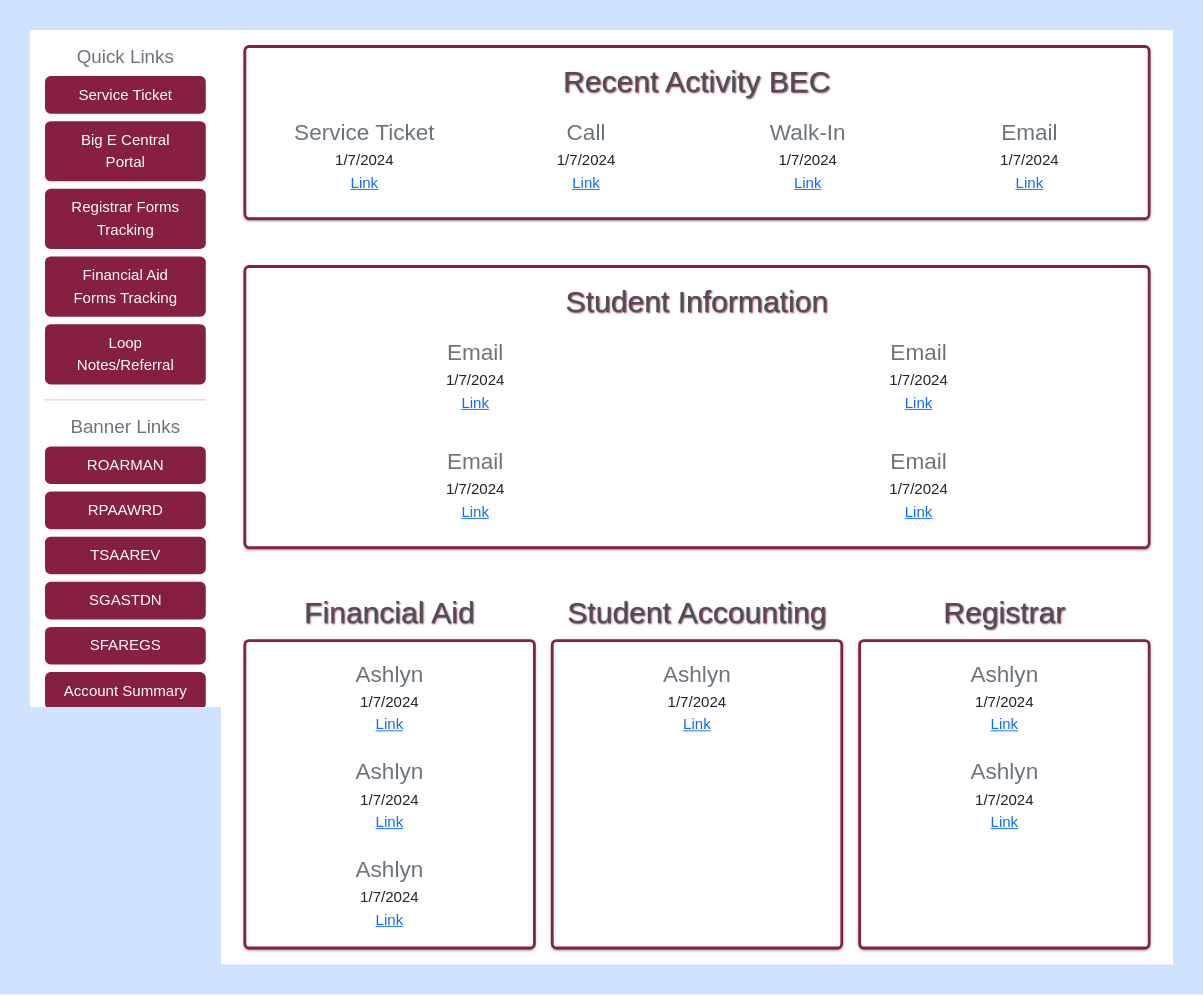
Repository: chancellor-w-whitaker/bec-tab
Page: /
The author's editor kept a copy of each file at every save. The page is drawn from the files as they stood at one save, then again after the next save.
The browser window is 1280 px wide. The pictures show the whole page, at 94% of full size.
Some web fonts or font styles are not loaded; a fallback is used. The project was rebuilt for these pictures with package versions that can differ from the ones it lists, and the page was loaded fresh each time. Also part of the build but not shown: vite.config.js.

Above is the page before, as saved 2024-01-07 22:38:36.

### src/main.jsx
// Bootstrap Bundle JS
import "bootstrap/dist/js/bootstrap.bundle.min";
// Bootstrap CSS
import "bootstrap/dist/css/bootstrap.min.css";
import ReactDOM from "react-dom/client";
import React from "react";

import App from "./App.jsx";
import "./index.css";

ReactDOM.createRoot(document.getElementById("root")).render(
  <React.StrictMode>
    <App />
  </React.StrictMode>
);

### src/App.jsx
import { useEffect } from "react";

import "./App.css";

// const genericSentences = [
//   `It is a long established fact that a reader will be distracted by the readable content of a page when looking at its layout.`,
//   `The point of using Lorem Ipsum is that it has a more-or-less normal distribution of letters, as opposed to using 'Content here, content here', making it look like readable English.`,
//   `Many desktop publishing packages and web page editors now use Lorem Ipsum as their default model text, and a search for 'lorem ipsum' will uncover many web sites still in their infancy.`,
//   `Various versions have evolved over the years, sometimes by accident, sometimes on purpose (injected humour and the like).`,
// ];

const ekuMaroon = "#861f41";

const ekuBorder = { border: `3px solid ${ekuMaroon}` };

const SomeBlock = ({
  href = "https://www.eku.edu/",
  linkText = "Link",
  date = "1/7/2024",
  title = "Ashlyn",
  className = "",
  padding = 2,
  style = {},
}) => {
  return (
    <div
      className={`p-${padding} text-center ${className}`}
      style={{ ...style }}
    >
      <div className="fs-4 text-secondary fw-medium">{title}</div>
      <div>
        <div>{date}</div>
        <a rel="noreferrer" target="_blank" href={href}>
          {linkText}
        </a>
      </div>
    </div>
  );
};

const ShadowyTitle = ({ children = "Placeholder", className = "" }) => {
  return (
    <div
      className={`fs-2 lh-sm text-light-emphasis ${className}`.trimEnd()}
      style={{ textShadow: `1px 1px 2px ${ekuMaroon}` }}
    >
      {children}
    </div>
  );
};

const useBodyBgVariant = (bgVariant = "body-tertiary") => {
  useEffect(() => {
    document.body.classList.add(`bg-${bgVariant}`);

    return () => {
      document.body.classList.remove(`bg-${bgVariant}`);
    };
  }, [bgVariant]);
};

const NavItem = ({ href = "https://www.eku.edu/", ...rest }) => {
  return (
    <li className="nav-item">
      <a
        style={{ backgroundColor: ekuMaroon }}
        className="nav-link active"
        aria-current="page"
        rel="noreferrer"
        target="_blank"
        href={href}
        {...rest}
      ></a>
    </li>
  );
};

const Sidebar = () => {
  return (
    <>
      <div className="sidebar-lg-sticky col-md-3 col-xl-2 p-3 bg-white overflow-auto text-break">
        <div className="d-flex flex-column text-center">
          <div className="fs-5 mb-2 lh-sm fw-medium text-secondary">
            Quick Links
          </div>
          <ul className="nav nav-pills flex-column gap-2">
            <NavItem>Service Ticket</NavItem>
            <NavItem>Big E Central Portal</NavItem>
            <NavItem>Registrar Forms Tracking</NavItem>
            <NavItem>Financial Aid Forms Tracking</NavItem>
            <NavItem>Loop Notes/Referral</NavItem>
          </ul>
        </div>
        <hr></hr>
        <div className="d-flex flex-column text-center">
          <div className="fs-5 mb-2 lh-sm fw-medium text-secondary">
            Banner Links
          </div>
          <ul className="nav nav-pills flex-column gap-2">
            <NavItem>ROARMAN</NavItem>
            <NavItem>RPAAWRD</NavItem>
            <NavItem>TSAAREV</NavItem>
            <NavItem>SGASTDN</NavItem>
            <NavItem>SFAREGS</NavItem>
            <NavItem>Account Summary</NavItem>
          </ul>
        </div>
      </div>
    </>
  );
};

const Main = () => {
  return (
    <>
      <div className="col-md-9 ms-sm-auto col-xl-10 px-md-4 py-3 bg-white">
        <div className="d-flex flex-column gap-5">
          <TopRow className="shadow-sm"></TopRow>
          <MiddleRow className="shadow-sm"></MiddleRow>
          <BottomRow></BottomRow>
        </div>
      </div>
    </>
  );
};

const TopRow = ({ className = "" }) => {
  return (
    <div
      className={`bg-white rounded text-center p-3 d-flex flex-column gap-2 ${className}`.trimEnd()}
      style={{ ...ekuBorder }}
    >
      <ShadowyTitle>Recent Activity BEC</ShadowyTitle>
      <div className="d-flex gap-3 flex-wrap text-nowrap">
        <SomeBlock
          title={"Service Ticket"}
          date={"1/7/2024"}
          className="col"
        ></SomeBlock>
        <SomeBlock date={"1/7/2024"} className="col" title={"Call"}></SomeBlock>
        <SomeBlock
          date={"1/7/2024"}
          title={"Walk-In"}
          className="col"
        ></SomeBlock>
        <SomeBlock
          date={"1/7/2024"}
          className="col"
          title={"Email"}
        ></SomeBlock>
      </div>
    </div>
  );
};

const MiddleRow = ({ className = "" }) => {
  return (
    <>
      <div
        className={`bg-white rounded text-center p-3 d-flex flex-column gap-2 ${className}`.trimEnd()}
        style={{ ...ekuBorder }}
      >
        <ShadowyTitle>Student Information</ShadowyTitle>
        <div className="d-flex gap-3 flex-wrap text-nowrap justify-content-around">
          <SomeBlock
            style={{ minWidth: 300 }}
            date={"1/7/2024"}
            className="col"
            title={"Email"}
          ></SomeBlock>
          <SomeBlock
            style={{ minWidth: 300 }}
            date={"1/7/2024"}
            className="col"
            title={"Email"}
          ></SomeBlock>
          <SomeBlock
            style={{ minWidth: 300 }}
            date={"1/7/2024"}
            className="col"
            title={"Email"}
          ></SomeBlock>
          <SomeBlock
            style={{ minWidth: 300 }}
            date={"1/7/2024"}
            className="col"
            title={"Email"}
          ></SomeBlock>
        </div>
      </div>
    </>
  );
};

const BottomRow = ({ className = "" }) => {
  return (
    <>
      <div className={`d-flex flex-row gap-3 flex-wrap ${className}`.trimEnd()}>
        <div className="d-flex flex-column gap-2 text-center col">
          <ShadowyTitle className="text-nowrap">Financial Aid</ShadowyTitle>
          <div
            className="h-100 p-2 rounded bg-white d-flex flex-column gap-1 shadow-sm"
            style={{ border: "3px solid rgb(134, 31, 65)" }}
          >
            <SomeBlock></SomeBlock>
            <SomeBlock></SomeBlock>
            <SomeBlock></SomeBlock>
          </div>
        </div>
        <div className="d-flex flex-column gap-2 text-center col">
          <ShadowyTitle className="text-nowrap">
            Student Accounting
          </ShadowyTitle>
          <div
            className="h-100 p-2 rounded bg-white d-flex flex-column gap-1 shadow-sm"
            style={{ border: "3px solid rgb(134, 31, 65)" }}
          >
            <SomeBlock></SomeBlock>
          </div>
        </div>
        <div className="d-flex flex-column gap-2 text-center col">
          <ShadowyTitle className="text-nowrap">Registrar</ShadowyTitle>
          <div
            className="h-100 p-2 rounded bg-white d-flex flex-column gap-1 shadow-sm"
            style={{ border: "3px solid rgb(134, 31, 65)" }}
          >
            <SomeBlock></SomeBlock>
            <SomeBlock></SomeBlock>
          </div>
        </div>
      </div>
    </>
  );
};

const App = () => {
  useBodyBgVariant("primary-subtle");

  return (
    <div className="container-fluid">
      <div className="row">
        <Sidebar></Sidebar>
        <Main></Main>
      </div>
    </div>
  );
};

export default App;

### src/index.css
@font-face {
  font-family: poppins;
  font-style: normal;
  font-weight: 400;
  src: local("Poppins"),
    url(https://fonts.cdnfonts.com/s/16009/Poppins-Regular.woff) format("woff");
}
@font-face {
  font-family: poppins;
  font-style: normal;
  font-weight: 400;
  src: local("Poppins"),
    url(https://fonts.cdnfonts.com/s/16009/Poppins-Regular.woff) format("woff");
}
@font-face {
  font-family: poppins;
  font-style: italic;
  font-weight: 400;
  src: local("Poppins"),
    url(https://fonts.cdnfonts.com/s/16009/Poppins-Italic.woff) format("woff");
}
@font-face {
  font-family: poppins;
  font-style: italic;
  font-weight: 400;
  src: local("Poppins"),
    url(https://fonts.cdnfonts.com/s/16009/Poppins-Italic.woff) format("woff");
}
@font-face {
  font-family: poppins;
  font-style: normal;
  font-weight: 250;
  src: local("Poppins"),
    url(https://fonts.cdnfonts.com/s/16009/Poppins-Thin.woff) format("woff");
}
@font-face {
  font-family: poppins;
  font-style: normal;
  font-weight: 250;
  src: local("Poppins"),
    url(https://fonts.cdnfonts.com/s/16009/Poppins-Thin.woff) format("woff");
}
@font-face {
  font-family: poppins;
  font-style: italic;
  font-weight: 250;
  src: local("Poppins"),
    url(https://fonts.cdnfonts.com/s/16009/Poppins-ThinItalic.woff)
      format("woff");
}
@font-face {
  font-family: poppins;
  font-style: italic;
  font-weight: 250;
  src: local("Poppins"),
    url(https://fonts.cdnfonts.com/s/16009/Poppins-ThinItalic.woff)
      format("woff");
}
@font-face {
  font-family: poppins;
  font-style: normal;
  font-weight: 275;
  src: local("Poppins"),
    url(https://fonts.cdnfonts.com/s/16009/Poppins-ExtraLight.woff)
      format("woff");
}
@font-face {
  font-family: poppins;
  font-style: normal;
  font-weight: 275;
  src: local("Poppins"),
    url(https://fonts.cdnfonts.com/s/16009/Poppins-ExtraLight.woff)
      format("woff");
}
@font-face {
  font-family: poppins;
  font-style: italic;
  font-weight: 275;
  src: local("Poppins"),
    url(https://fonts.cdnfonts.com/s/16009/Poppins-ExtraLightItalic.woff)
      format("woff");
}
@font-face {
  font-family: poppins;
  font-style: italic;
  font-weight: 275;
  src: local("Poppins"),
    url(https://fonts.cdnfonts.com/s/16009/Poppins-ExtraLightItalic.woff)
      format("woff");
}
@font-face {
  font-family: poppins;
  font-style: normal;
  font-weight: 300;
  src: local("Poppins"),
    url(https://fonts.cdnfonts.com/s/16009/Poppins-Light.woff) format("woff");
}
@font-face {
  font-family: poppins;
  font-style: normal;
  font-weight: 300;
  src: local("Poppins"),
    url(https://fonts.cdnfonts.com/s/16009/Poppins-Light.woff) format("woff");
}
@font-face {
  font-family: poppins;
  font-style: italic;
  font-weight: 300;
  src: local("Poppins"),
    url(https://fonts.cdnfonts.com/s/16009/Poppins-LightItalic.woff)
      format("woff");
}
@font-face {
  font-family: poppins;
  font-style: italic;
  font-weight: 300;
  src: local("Poppins"),
    url(https://fonts.cdnfonts.com/s/16009/Poppins-LightItalic.woff)
      format("woff");
}
@font-face {
  font-family: poppins;
  font-style: normal;
  font-weight: 500;
  src: local("Poppins"),
    url(https://fonts.cdnfonts.com/s/16009/Poppins-Medium.woff) format("woff");
}
@font-face {
  font-family: poppins;
  font-style: normal;
  font-weight: 500;
  src: local("Poppins"),
    url(https://fonts.cdnfonts.com/s/16009/Poppins-Medium.woff) format("woff");
}
@font-face {
  font-family: poppins;
  font-style: italic;
  font-weight: 500;
  src: local("Poppins"),
    url(https://fonts.cdnfonts.com/s/16009/Poppins-MediumItalic.woff)
      format("woff");
}
@font-face {
  font-family: poppins;
  font-style: italic;
  font-weight: 500;
  src: local("Poppins"),
    url(https://fonts.cdnfonts.com/s/16009/Poppins-MediumItalic.woff)
      format("woff");
}
@font-face {
  font-family: poppins;
  font-style: normal;
  font-weight: 600;
  src: local("Poppins"),
    url(https://fonts.cdnfonts.com/s/16009/Poppins-SemiBold.woff) format("woff");
}
@font-face {
  font-family: poppins;
  font-style: normal;
  font-weight: 600;
  src: local("Poppins"),
    url(https://fonts.cdnfonts.com/s/16009/Poppins-SemiBold.woff) format("woff");
}
@font-face {
  font-family: poppins;
  font-style: italic;
  font-weight: 600;
  src: local("Poppins"),
    url(https://fonts.cdnfonts.com/s/16009/Poppins-SemiBoldItalic.woff)
      format("woff");
}
@font-face {
  font-family: poppins;
  font-style: italic;
  font-weight: 600;
  src: local("Poppins"),
    url(https://fonts.cdnfonts.com/s/16009/Poppins-SemiBoldItalic.woff)
      format("woff");
}
@font-face {
  font-family: poppins;
  font-style: normal;
  font-weight: 700;
  src: local("Poppins"),
    url(https://fonts.cdnfonts.com/s/16009/Poppins-Bold.woff) format("woff");
}
@font-face {
  font-family: poppins;
  font-style: normal;
  font-weight: 700;
  src: local("Poppins"),
    url(https://fonts.cdnfonts.com/s/16009/Poppins-Bold.woff) format("woff");
}
@font-face {
  font-family: poppins;
  font-style: italic;
  font-weight: 700;
  src: local("Poppins"),
    url(https://fonts.cdnfonts.com/s/16009/Poppins-BoldItalic.woff)
      format("woff");
}
@font-face {
  font-family: poppins;
  font-style: italic;
  font-weight: 700;
  src: local("Poppins"),
    url(https://fonts.cdnfonts.com/s/16009/Poppins-BoldItalic.woff)
      format("woff");
}
@font-face {
  font-family: poppins;
  font-style: normal;
  font-weight: 800;
  src: local("Poppins"),
    url(https://fonts.cdnfonts.com/s/16009/Poppins-ExtraBold.woff)
      format("woff");
}
@font-face {
  font-family: poppins;
  font-style: normal;
  font-weight: 800;
  src: local("Poppins"),
    url(https://fonts.cdnfonts.com/s/16009/Poppins-ExtraBold.woff)
      format("woff");
}
@font-face {
  font-family: poppins;
  font-style: italic;
  font-weight: 800;
  src: local("Poppins"),
    url(https://fonts.cdnfonts.com/s/16009/Poppins-ExtraBoldItalic.woff)
      format("woff");
}
@font-face {
  font-family: poppins;
  font-style: italic;
  font-weight: 800;
  src: local("Poppins"),
    url(https://fonts.cdnfonts.com/s/16009/Poppins-ExtraBoldItalic.woff)
      format("woff");
}
@font-face {
  font-family: poppins;
  font-style: normal;
  font-weight: 900;
  src: local("Poppins"),
    url(https://fonts.cdnfonts.com/s/16009/Poppins-Black.woff) format("woff");
}
@font-face {
  font-family: poppins;
  font-style: normal;
  font-weight: 900;
  src: local("Poppins"),
    url(https://fonts.cdnfonts.com/s/16009/Poppins-Black.woff) format("woff");
}
@font-face {
  font-family: poppins;
  font-style: italic;
  font-weight: 900;
  src: local("Poppins"),
    url(https://fonts.cdnfonts.com/s/16009/Poppins-BlackItalic.woff)
      format("woff");
}
@font-face {
  font-family: poppins;
  font-style: italic;
  font-weight: 900;
  src: local("Poppins"),
    url(https://fonts.cdnfonts.com/s/16009/Poppins-BlackItalic.woff)
      format("woff");
}

:root,
[data-bs-theme="light"] {
  --bs-font-sans-serif: "Poppins", sans-serif;

  --bs-box-shadow: 0px 3px 3px -2px rgba(0, 0, 0, 0.2),
    0px 3px 4px 0px rgba(0, 0, 0, 0.14), 0px 1px 8px 0px rgba(0, 0, 0, 0.12);
  --bs-box-shadow-sm: 0px 3px 1px -2px rgba(0, 0, 0, 0.2),
    0px 2px 2px 0px rgba(0, 0, 0, 0.14), 0px 1px 5px 0px rgba(0, 0, 0, 0.12);
  --bs-box-shadow-lg: 0px 2px 4px -1px rgba(0, 0, 0, 0.2),
    0px 4px 5px 0px rgba(0, 0, 0, 0.14), 0px 1px 10px 0px rgba(0, 0, 0, 0.12);
}

@media (min-width: 768px) {
  .sidebar-lg-sticky {
    inset-block-start: 0;
    position: sticky;
    height: 100vh;
  }
}

Loaded but not shown: index.html (common file); src/App.css (common file)

After the next save:
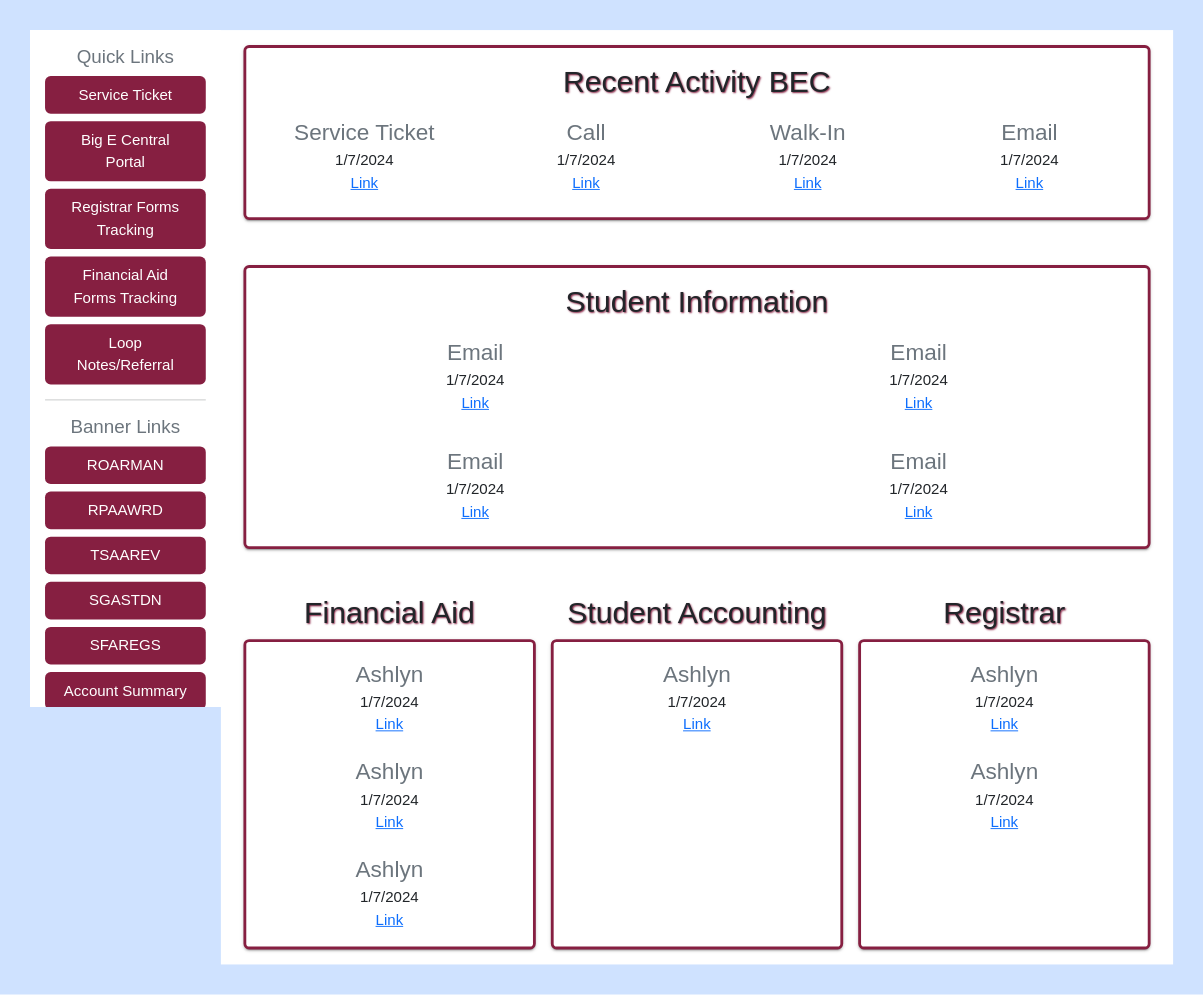
Saved 21 s later.
--- a/src/App.jsx
+++ b/src/App.jsx
@@ -41,8 +41,8 @@ const SomeBlock = ({
 const ShadowyTitle = ({ children = "Placeholder", className = "" }) => {
   return (
     <div
-      className={`fs-2 lh-sm text-light-emphasis ${className}`.trimEnd()}
       style={{ textShadow: `1px 1px 2px ${ekuMaroon}` }}
+      className={`fs-2 lh-sm ${className}`.trimEnd()}
     >
       {children}
     </div>
